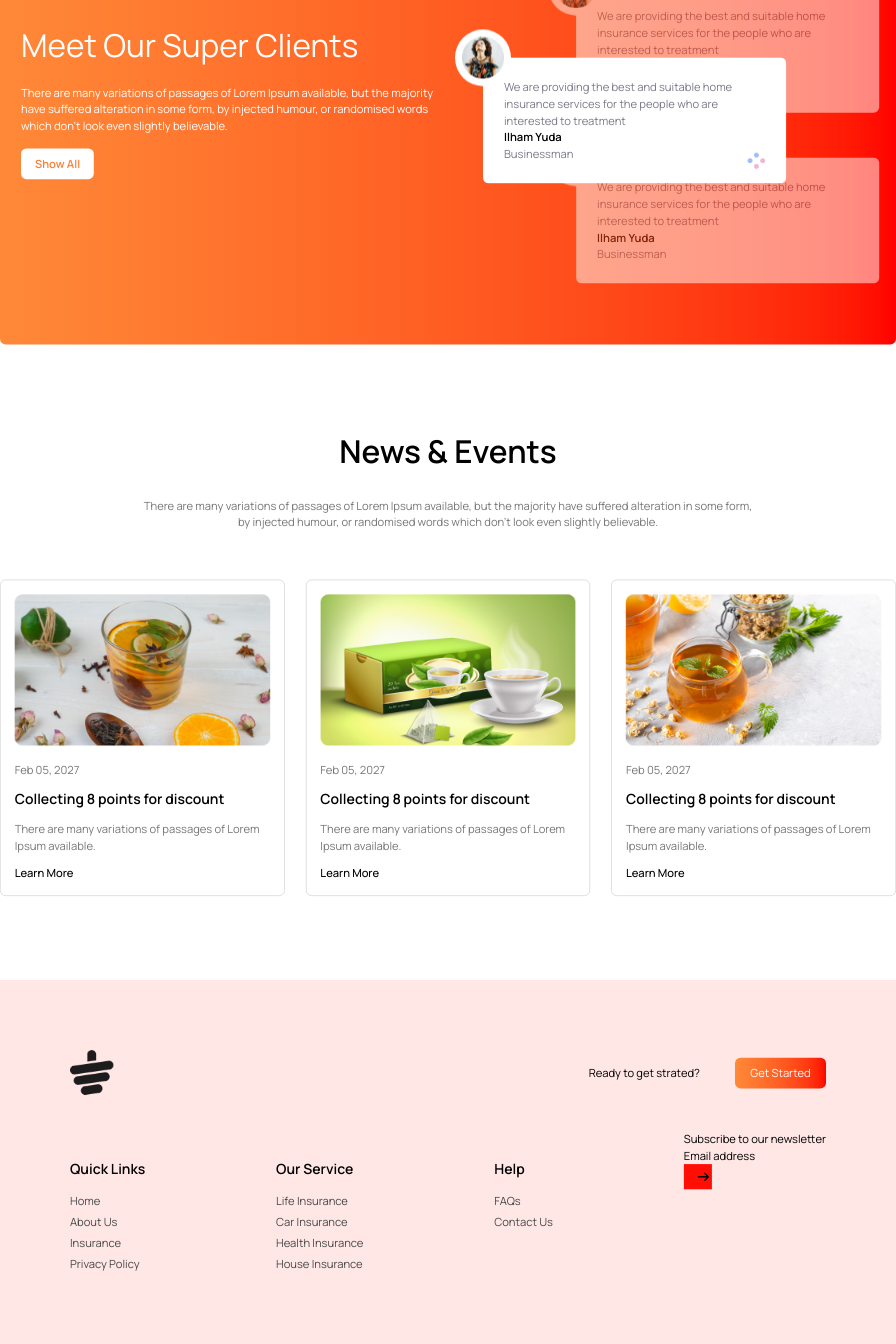
Repository: nahid-hasann/website-9
Page: index.html
The author's editor kept a copy of each file at every save. The page is drawn from the files as they stood at one save, then again after the next save.
The browser window is 1280 px wide. The pictures show the part of the page from y = 2210 to 4130 px (the page is 4130 px tall), at 70% of full size.
Some web libraries are served in a nearby version.

Above is the page before, as saved 2025-08-17 21:41:53.

After the next save:
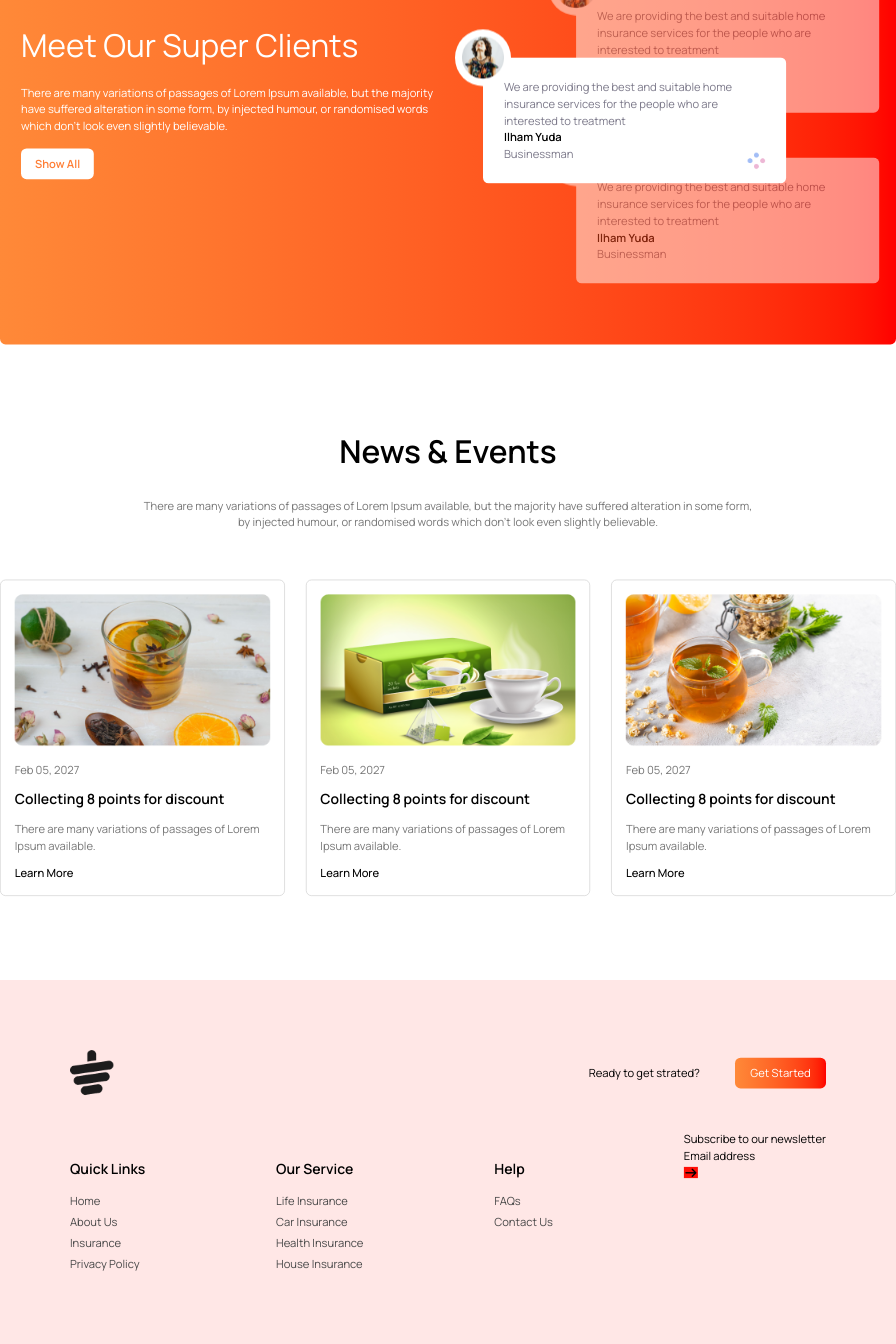
Saved 10 s later.
--- a/index.html
+++ b/index.html
@@ -184,7 +184,7 @@
             <h1>Subscribe to our newsletter</h1>
             <div class="emil-adress">
                 <p>Email address</p>
-                <i class="fa-solid fa-arrow-right bg-[#ff0e06] py-[10px] px-[20px]"></i>
+                <i class="fa-solid fa-arrow-right bg-[#ff0e06] p"></i>
             </div>
         </div>
 
